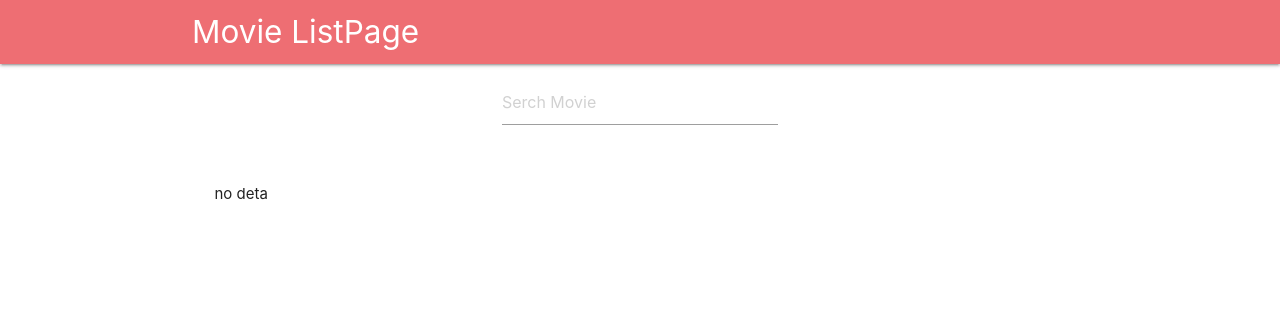
Repository: Reiya-1003/React-Ts-Node-App
Page: /
These files come from the project's save history. The page is drawn as it stood at one moment and after the next save; the edit follows.
The browser window is 1280 px wide. The pictures show the whole page.
The project was rebuilt for these pictures with package versions that can differ from the ones it lists, and the page was loaded fresh each time.

Above is the page before, as saved 2021-11-12 15:29:17.

After the next save:
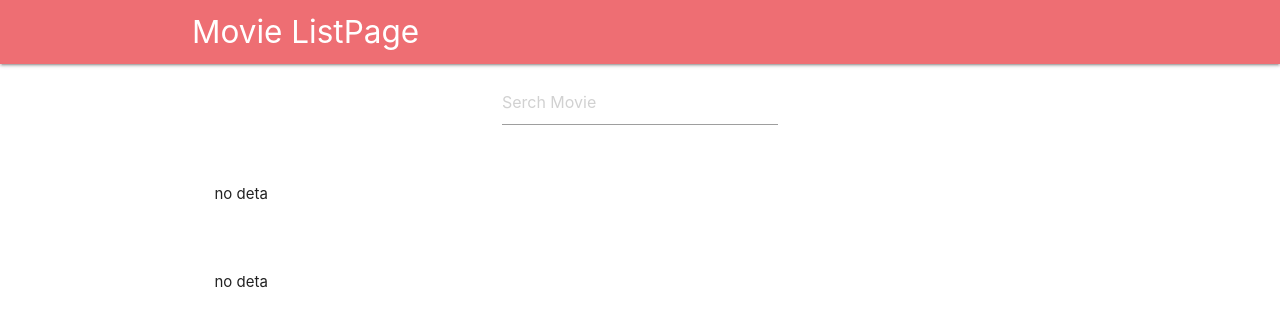
Saved 10 min 30 s later.
--- a/src/components/Searthbox.tsx
+++ b/src/components/Searthbox.tsx
@@ -56,6 +56,23 @@
           </form>
         </section>
       </div>
+      <div className="row">
+        <div className="col s12">
+          <div className="col s12 m6 l3">
+            {Movie.length === 0 ? (
+              <p>no deta</p>
+            ) : (
+              Movie.map((list: any, i: any) => {
+                return <p key={i}>{list.title}</p>;
+              })
+            )}
+
+            <div className="card">
+              <div className="card-image waves-effect waves-block waveslight"></div>
+            </div>
+          </div>
+        </div>
+      </div>
     </div>
   );
 };

After the 3 saves that followed:
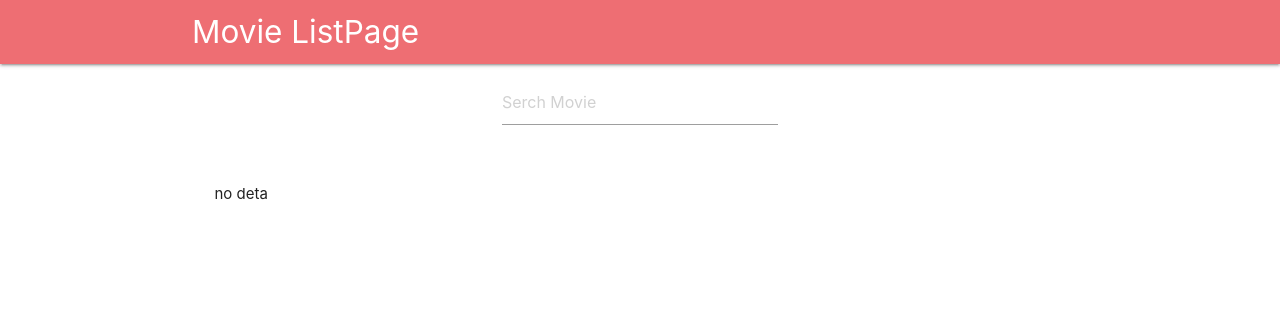
The 3 saves are shown as one change because 2 left the picture as it was.
The last was saved 5 min 8 s later.
--- a/src/components/Searthbox.tsx
+++ b/src/components/Searthbox.tsx
@@ -56,23 +56,6 @@
           </form>
         </section>
       </div>
-      <div className="row">
-        <div className="col s12">
-          <div className="col s12 m6 l3">
-            {Movie.length === 0 ? (
-              <p>no deta</p>
-            ) : (
-              Movie.map((list: any, i: any) => {
-                return <p key={i}>{list.title}</p>;
-              })
-            )}
-
-            <div className="card">
-              <div className="card-image waves-effect waves-block waveslight"></div>
-            </div>
-          </div>
-        </div>
-      </div>
     </div>
   );
 };
--- a/src/components/MovieList.tsx
+++ b/src/components/MovieList.tsx
@@ -18,7 +18,7 @@ const MovieList = () => {
             {Movie.length === 0 ? (
               <p>no deta</p>
             ) : (
-              Movie.map((list: any, i: any) => {
+              Movie[0].map((list: any, i: any) => {
                 return <p key={i}>{list.title}</p>;
               })
             )}
